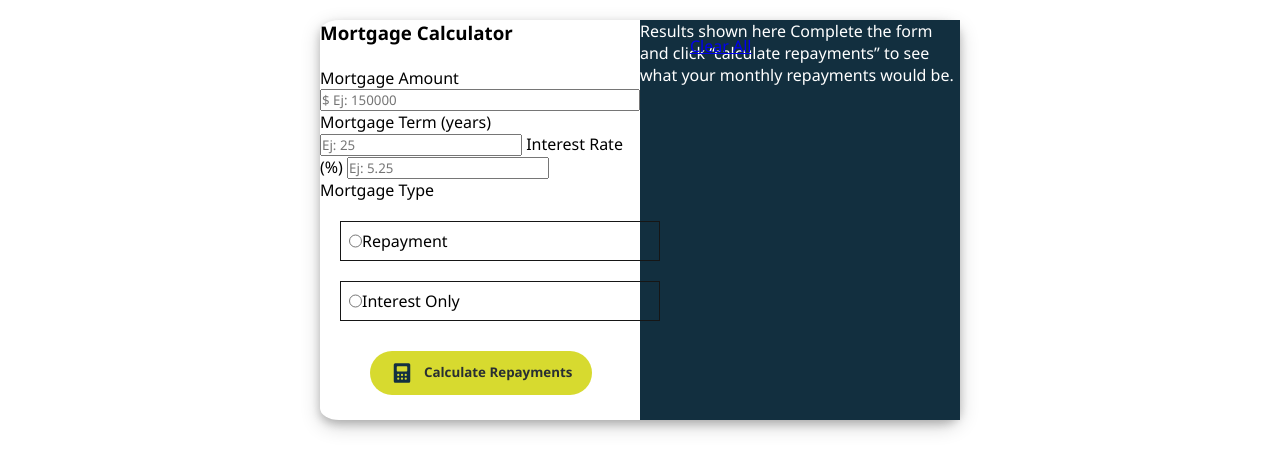
Repository: GravielPV/Mortgage-repayment-calculator
Page: index.html
These files come from the project's save history. The page is drawn as it stood at one moment and after a run of saves; the edit follows.
The browser window is 1280 px wide. The pictures show the whole page.

Above is the page before, as saved 2025-12-11 17:35:44.

### index.html
<!DOCTYPE html>
<html lang="en">
<head>
  <meta charset="UTF-8">
  <meta name="viewport" content="width=device-width, initial-scale=1.0"> <!-- displays site properly based on user's device -->

  <link rel="icon" type="image/png" sizes="32x32" href="./assets/images/favicon-32x32.png">
  <link rel="stylesheet" href="styles.css">
  <title>Frontend Mentor | Mortgage repayment calculator</title>


</head>
<body>
  <div class="carta">



  <div class="lado-izquierdo">

    <div class="header-form">
      <h3>Mortgage Calculator</h3>
      <a href="#" id="clear-all">Clear All</a>
    </div>

    <form id="mortgage-form">

      <!-- Mortgage Amount -->
      <div class="campo">
        <label for="input-mortgage">Mortgage Amount</label>

        <input
          type="number"
          id="input-mortgage"
          name="mortgage"
          placeholder="$ Ej: 150000">
      </div>

      <!-- Mortgage Term & Interest Rate -->
      <div class="grupo-doble">
        <div class="campo1">
          <label for="input-term">Mortgage Term (years)</label>
          <input
            type="number"
            id="input-term"
            name="term"
            placeholder="Ej: 25">
        </div>

        <div class="campo1">
          <label for="input-interest">Interest Rate (%)</label>
          <input
            type="number"
            step="0.01"
            id="input-interest"
            name="interest"
            placeholder="Ej: 5.25">
        </div>
      </div>

      <!-- Mortgage Type -->
      <div class="campo">
        <label>Mortgage Type</label>

        <div class="radios">
          <label class="radio arriba">
            <input type="radio" name="mortgage-type" value="repayment">
            Repayment
          </label>

          <label class="radio abajo">
            <input type="radio" name="mortgage-type" value="interest-only">
            Interest Only
          </label>
        </div>
      </div>

      <!-- Botón -->
      <div class="boton">

        <button type="submit" > <img src="assets/images/icon-calculator.svg" alt="calculadora icon">Calculate Repayments</button>
      </div>

    </form>

  </div>




  <!-- Empty results start -->

  <div class="derecho">

  Results shown here

  Complete the form and click “calculate repayments” to see what
  your monthly repayments would be.
  </div>

  <!-- Empty results end -->

  <!-- Completed results start -->

  <div class="resultado">
  Your results

  Your results are shown below based on the information you provided.
  To adjust the results, edit the form and click “calculate repayments” again.

  Your monthly repayments

  Total you'll repay over the term
  </div>

</div>

<!-- Completed results end -->

</body>
</html>

### styles.css
* {
    box-sizing: border-box;
    margin: 0;
    padding: 0;
    font-family: 'Segoe UI', Tahoma, Geneva, Verdana, sans-serif;
}
body{
    background-color: hsl(0, 0%, 100%);
}

.carta{
    width: 50%;
    height: 400px;
display: flex;
margin: 20px auto;
border-radius: 3%;
 overflow: visible;
 justify-content: space-between;
box-shadow: 0 4px 8px 0 rgba(0, 0, 0, 0.2), 0 6px 20px 0 rgba(0, 0, 0, 0.19);

}
/* ----Este es el lado izquierdo---- */
.lado-izquierdo{
     width: 50%;
    display: flex;
    flex-direction: column;
}
a{
   position: relative;
    top: -10px;
    left: 370px;

    }

    button{
        position: relative;
        top: 50px;
        left: 50px;
        padding: 10px 20px;
        background-color: hsl(61, 70%, 52%);
        border: none;
        color: hsl(200, 10%, 18%);
        border-radius: 25px;
        cursor: pointer;
        font-weight: bold;
    }

    button img{
        margin-right: 10px;
        vertical-align: middle;
    }

    .radio{
        display: flex;
        position: relative;
        top: 20px;
        left: 20px;
        border: 1px solid rgb(22, 22, 22);
        padding: 8px;
        width: 320px;;
    }
    .arriba{
        margin-bottom: 20px;
        border: 1px solid rgb(22, 22, 22);
    }
    .abajo{
        margin-top: 20px;
        border: 1px solid rgb(22, 22, 22);
    }

    .campo{
        display: flex;
        flex-direction: column;

    }
    .campo1{
     display: inline;


    }

    /* ----Este es el lado derecho---- */

    .derecho{
    width: 50%;

    background-color: hsl(202, 55%, 16%);
    color: white;
}


/* Este es el resultado */
.resultado{
    display: none;
}

After the next 2 saves:
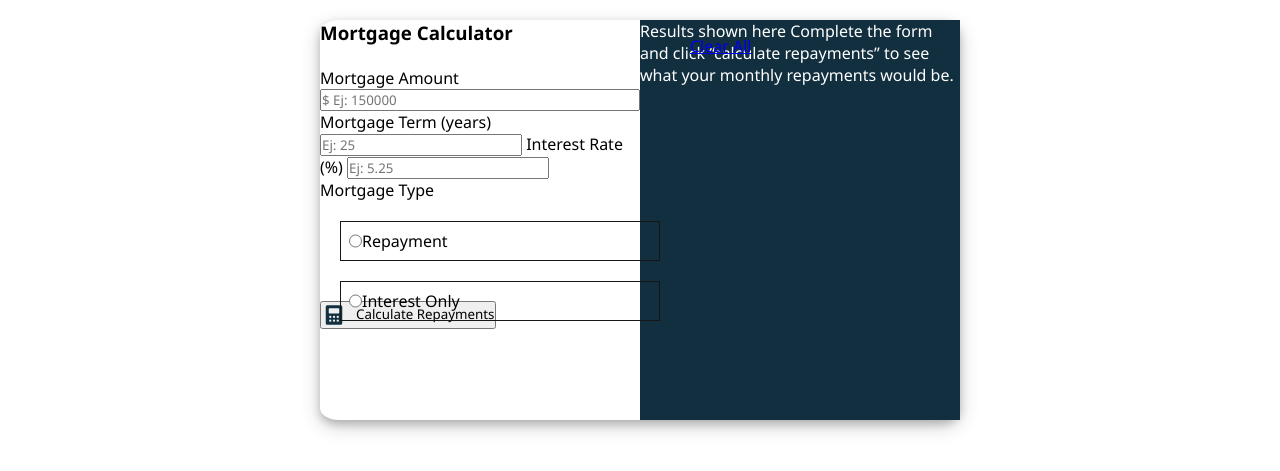
The 2 saves are shown as one change because they came seconds apart.
The last was saved 15 s later.
--- a/styles.css
+++ b/styles.css
@@ -32,6 +32,7 @@ a{
 
     }
 
+    Boton
     button{
         position: relative;
         top: 50px;

After the save that followed:
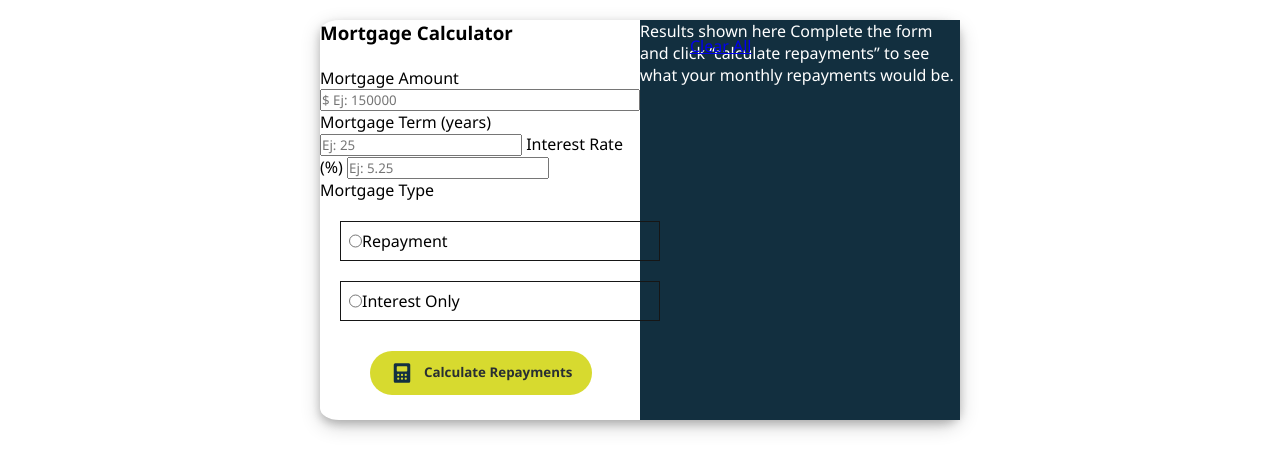
Saved 9 s later.
--- a/styles.css
+++ b/styles.css
@@ -32,7 +32,7 @@ a{
 
     }
 
-    Boton
+    /* Boton */
     button{
         position: relative;
         top: 50px;
